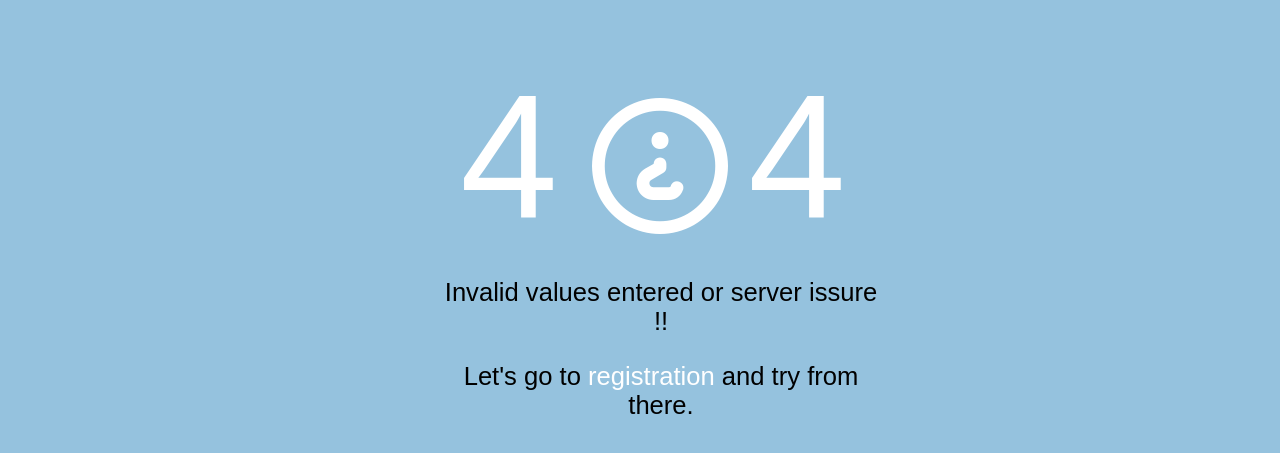
Repository: anujs099/bankingapp
Page: banking-application-final/WebContent/FaliureRegister.html
These files come from the project's save history. The page is drawn as it stood at one moment and after the next save; the edit follows.
The browser window is 1280 px wide. The pictures show the whole page.
Some web fonts or font styles are not loaded; a fallback is used. Some web libraries are served in a nearby version.

Above is the page before, as saved 2021-03-07 15:45:50.

After the next save:
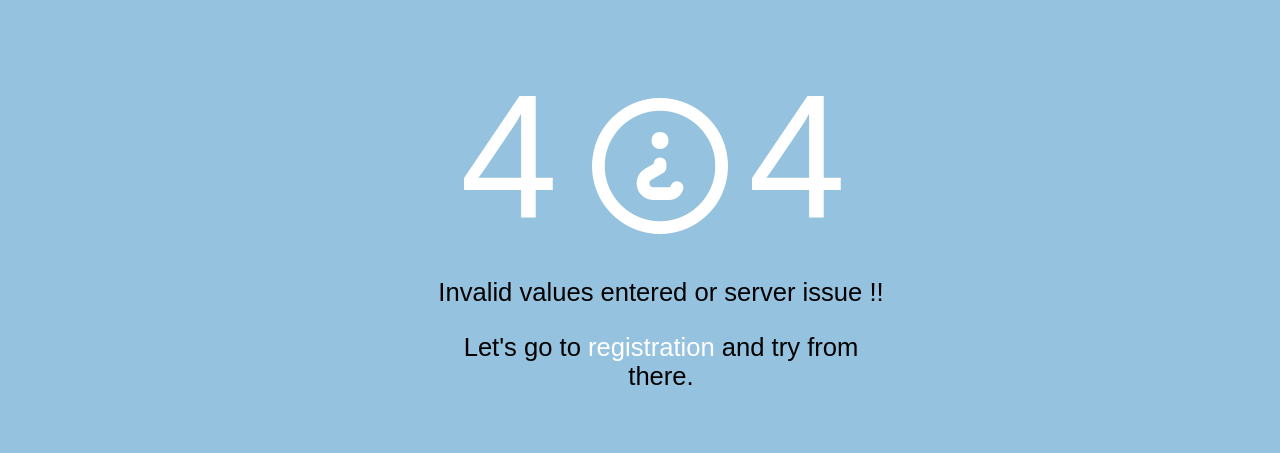
Saved 19 s later.
--- a/banking-application-final/WebContent/FaliureRegister.html
+++ b/banking-application-final/WebContent/FaliureRegister.html
@@ -11,7 +11,7 @@
     <div class="err">4</div>
     <i class="far fa-question-circle fa-spin"></i>
     <div class="err2">4</div>
-    <div class="msg">Invalid values entered or server issure !! <p>Let's go to <a href="welcome.html">registration</a> and try from there.</p></div>
+    <div class="msg">Invalid values entered or server issue !! <p>Let's go to <a href="welcome.html">registration</a> and try from there.</p></div>
       </div>
 </body>
 </html>
